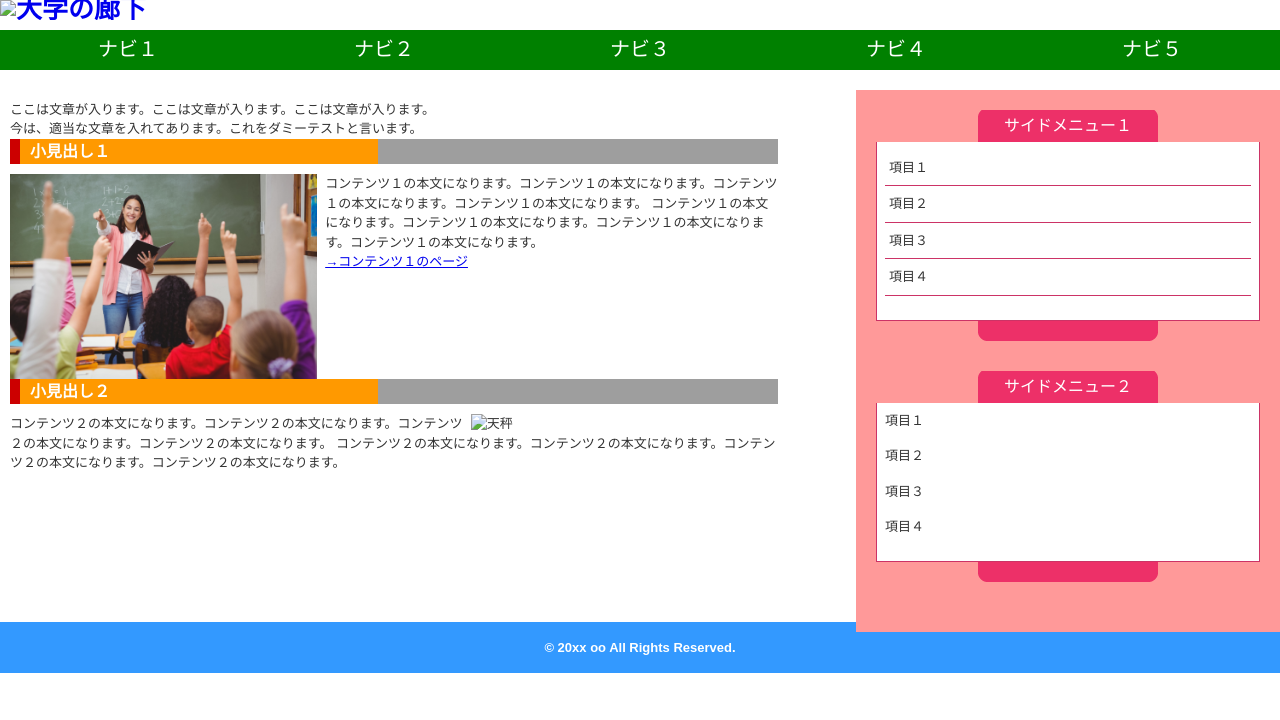
Repository: naoko0513/samurai_HTML-CSS
Page: home.html
The author's editor kept a record of every edit. The page is drawn from the files as they stood at one moment, then again after the next edit.
The browser window is 1280 px wide. The pictures show the whole page.
Pictures or frames that could not be fetched are drawn as grey boxes.

Above is the page before.

After the next edit:
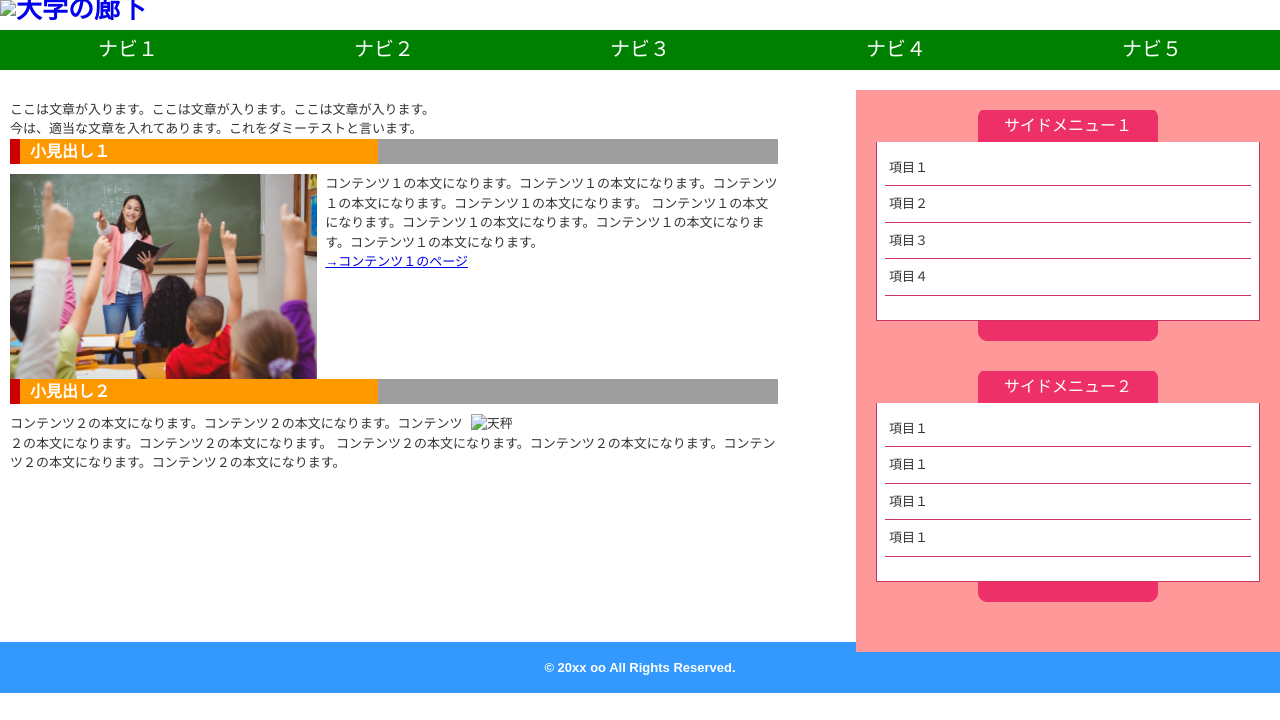
The edit:
--- a/home.html
+++ b/home.html
@@ -57,11 +57,13 @@
                 <div class="box">
                     <h2>サイドメニュー２</h2>
                     <div class="boxBody">
-                        <ul>項目１</ul>
-                        <ul>項目２</ul>
-                        <ul>項目３</ul>
-                        <ul>項目４</ul>
+                        <ul>
+                            <li>項目１</li>
+                            <li>項目１</li>
+                            <li>項目１</li>
+                            <li>項目１</li>
 
+                        </ul>
                     </div>
                 </div>
             </div>
